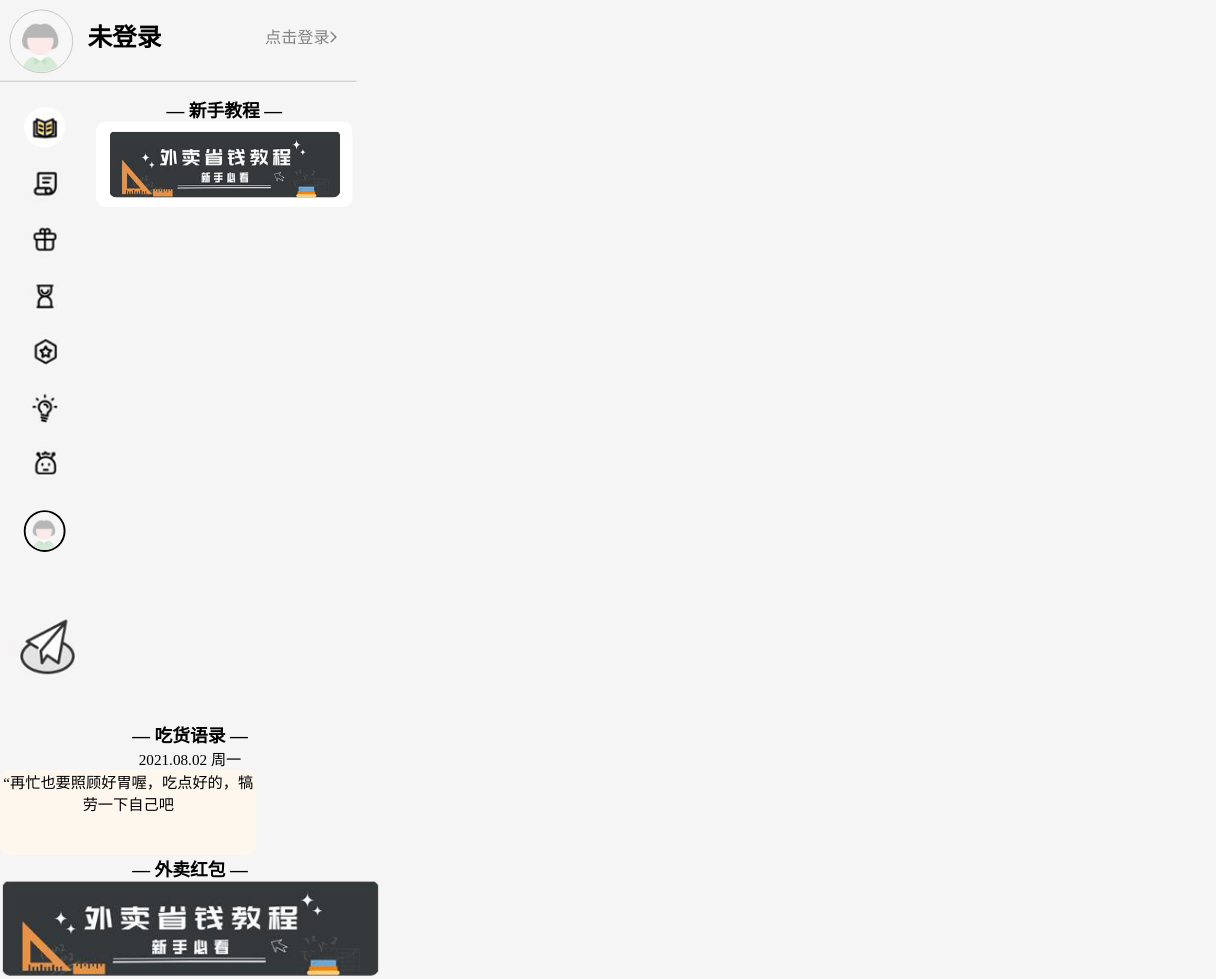
Repository: Privatexiao/projects
Page: Takeout assistant/index.html
These files come from the project's save history. The page is drawn as it stood at one moment and after a run of saves; the edit follows.
The browser window is 1280 px wide. The pictures show the whole page, at 95% of full size.

Above is the page before, as saved 2021-08-02 17:06:03.

After the next 2 saves:
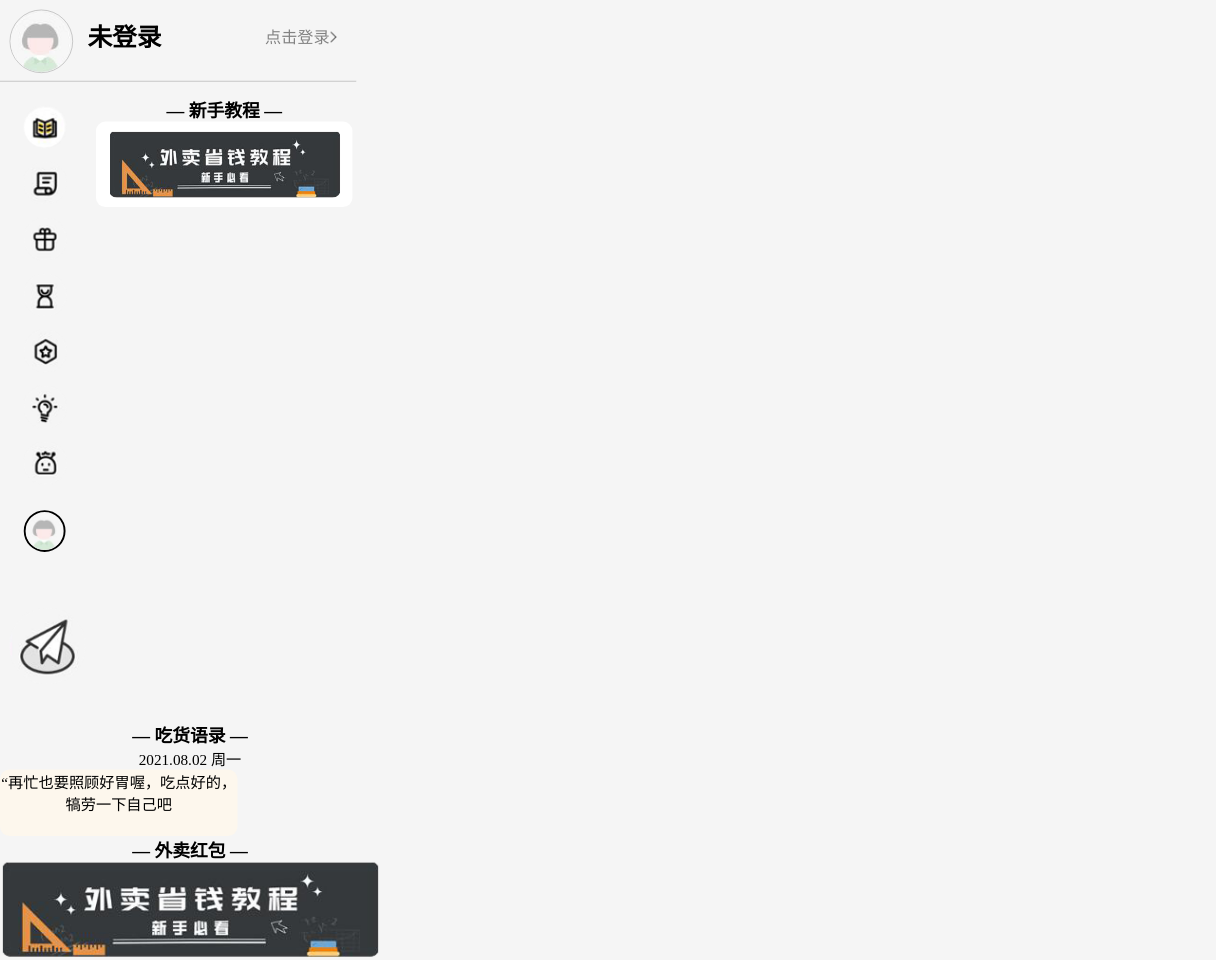
The 2 saves are shown as one change because they came seconds apart.
The last was saved 15 s later.
--- a/Takeout assistant/css/index.css
+++ b/Takeout assistant/css/index.css
@@ -120,8 +120,8 @@ ul,ol{
 }
 .VersionQuotation .chyl_nr{
     background-color: rgb(253,247,237);
-    width: 270px;
-    height: 90px;
+    width: 250px;
+    height: 70px;
     text-align: center;
     border-radius: 10px;
 }
